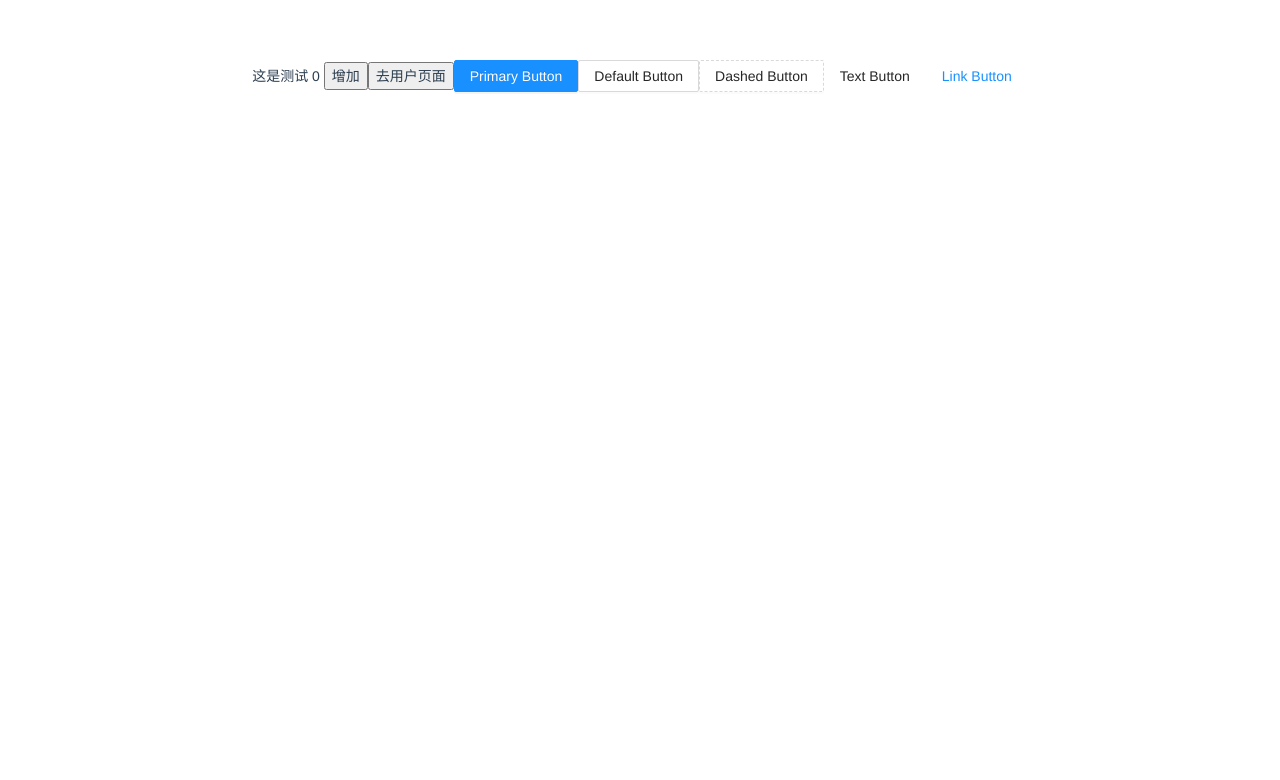
Repository: long3268671/vue3-vite-ts-antD
Page: /
The author's editor kept a copy of each file at every save. The page is drawn from the files as they stood at one save, then again after a run of saves.
The browser window is 1280 px wide. The pictures show the whole page.
The project was rebuilt for these pictures with package versions that can differ from the ones it lists, and the page was loaded fresh each time. Also part of the build but not shown: vite.config.ts.

Above is the page before, as saved 2021-12-16 16:05:56.

After the next 2 saves:
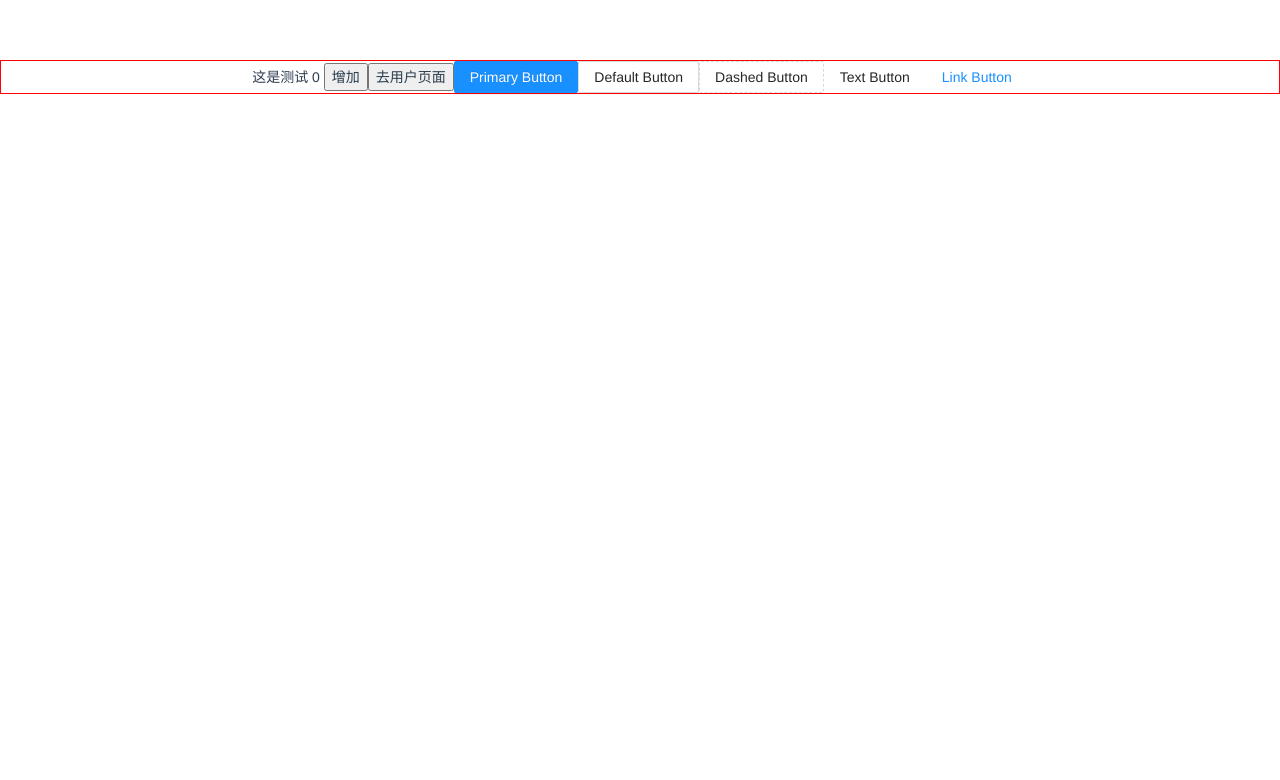
The 2 saves are shown as one change because they came seconds apart.
The last was saved 6 s later.
--- a/src/views/Home/index.vue
+++ b/src/views/Home/index.vue
@@ -42,6 +42,6 @@ export default defineComponent({
 
 <style scoped lang="less">
 .box{
-    border: ;
+    border: 1px solid red;
 }
 </style>
